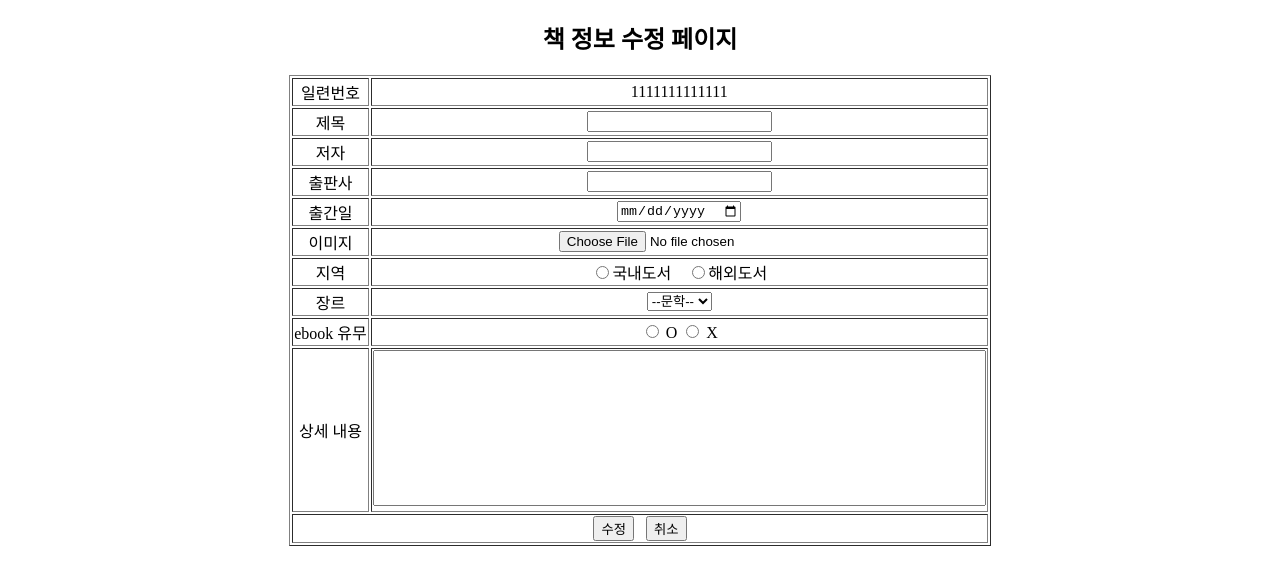
Repository: Served01/Project2_2209
Page: http://localhost/bookReviewProgram/bkUpdateform.jsp
The author's editor kept a copy of each file at every save. The page is drawn from the files as they stood at one save, then again after the next save.
The browser window is 1280 px wide. The pictures show the whole page.
The page is served by Tomcat 9. Other server files are loaded and not shown. Queries for data that is not in the repository find no rows.

Above is the page before, as saved 2022-09-25 04:17:53.

### bookReviewProgram/src/main/webapp/bkUpdateform.jsp
<%@ page language="java" contentType="text/html; charset=UTF-8"
    pageEncoding="UTF-8"%>
<!DOCTYPE html>
<html>
<head>
<meta charset="UTF-8">
<title>책 정보 수정 페이지</title>
</head>
<style>
table{
margin: auto;
}
</style>
<body>
<h2 align = "center">책 정보 수정 페이지</h2>

<form action="bkInsertPro.jsp" method="post" enctype="multipart/form-data">
<table border="1">
	<tr align = "center">
		<td>일련번호</td>
		<td>1111111111111</td>
	</tr>
	<tr align = "center">
		<td>제목</td>
		<td><input type="text" name="bk_title"/></td>
	</tr>
	<tr align = "center">
		<td>저자</td>
		<td><input type="text" name="bk_writer"/></td>
	</tr>
	<tr align = "center">
		<td>출판사</td>
		<td><input type="text" name="bk_publisher"/></td>
	</tr>
	<tr align = "center">
		<td>출간일</td>
		<td><input type="date" name="bk_pubdate"/></td>
	</tr>
	<tr align = "center">
		<td>이미지</td>
		<td>&nbsp;&nbsp;&nbsp;<input type="file" value="파일 선택" name="bk_image"/>
	</tr>
	<tr align = "center">
		<td>지역</td>
		<td>
		<input type="radio" name="bk_local" value="0"/>국내도서
		&nbsp;&nbsp;
		<input type="radio" name="bk_local" value="1"/>해외도서
		</td>
	</tr>
	<tr align="center">
		<td>장르</td>
		<td>
			<select name="bk_genre">
				<option value="0">--문학--</option>
				<option value="1">--역사--</option>
				<option value="2">--소설--</option>
				<option value="3">--만화--</option>
				<option value="4">--기타--</option>
			</select>
		</td>
	</tr>
	<tr align="center">
		<td>ebook 유무</td>
		<td>
			<input type="radio" name="bk_ebook" value="0"/> O
			<input type="radio" name="bk_ebook" value="1"/> X
		</td>
	</tr>
	<!-- 작성일 sysdate 처리 -->
	<tr align="center">
		<td>상세 내용</td>
		<td>
			<textarea rows="10" cols="74" name="bk_detail" style ="resize:none"></textarea></td>
	</tr>
	<tr align="center">
		<td colspan="2">
			<input type="submit" value="수정"/>&nbsp;&nbsp;
			<button type="button">취소</button>
	</tr>

</table>
</form>

</body>
</html>

### bookReviewProgram/src/main/java/BKRV/book/bkDAO.java
package BKRV.book;

import java.sql.Connection;
import java.sql.DriverManager;
import java.sql.PreparedStatement;
import java.sql.ResultSet;
import java.util.Vector;

public class bkDAO {

	Connection conn = null;
	PreparedStatement pstmt = null;
	ResultSet rs  = null;

	public Connection getConnection(){

	String Driver = "oracle.jdbc.OracleDriver";
	String url = "jdbc:oracle:thin:@localhost:1521:xe";
	String dbid = "bookrv";
	String dbpw = "1234";

	try {
		Class.forName(Driver);
		conn = DriverManager.getConnection(url, dbid, dbpw);
		System.out.println("데이터베이스 연동에 성공하였습니다.");
	} catch (Exception e) {
		e.printStackTrace();
		System.out.println("데이터베이스 연동에 실패하였습니다.");
	}

	return conn;

	}


	public void insertBook(bkBean bBean) {

		conn=getConnection();
	try {
		String sql = "insert into BOOK_INFO values(?, ?, ?, ?, ?, ?, ?, ?, ?, sysdate, ?)";

		pstmt = conn.prepareStatement(sql);

		pstmt.setInt(1, bBean.getBk_number());
		pstmt.setString(2, bBean.getBk_title());
		pstmt.setString(3, bBean.getBk_writer());
		pstmt.setString(4, bBean.getBk_publisher());
		pstmt.setString(5, bBean.getBk_pubdate());
		pstmt.setString(6, bBean.getBk_image());
		pstmt.setInt(7, bBean.getBk_local());
		pstmt.setInt(8, bBean.getBk_genre());
		pstmt.setInt(9, bBean.getBk_ebook());
		pstmt.setString(10, bBean.getBk_detail());

		pstmt.executeUpdate();

	}catch(Exception e){
		e.printStackTrace();
	}

	}




	public bkBean selectBook(int bk_number) {

		bkBean bBean = new bkBean();
		conn = getConnection();

		try {

			String sql = "select * from book_info where bk_number = ?";
			pstmt = conn.prepareStatement(sql);
			pstmt.setInt(1, bk_number);
			rs=pstmt.executeQuery();

			if(rs.next()) {

				bBean.setBk_number(rs.getInt(1));
				bBean.setBk_title(rs.getString(2));
				bBean.setBk_writer(rs.getString(3));
				bBean.setBk_publisher(rs.getString(4));
				bBean.setBk_pubdate(rs.getDate(5).toString());
				bBean.setBk_image(rs.getString(6));
				bBean.setBk_local(rs.getInt(7));
				bBean.setBk_genre(rs.getInt(8));
				bBean.setBk_ebook(rs.getInt(9));
				bBean.setBk_infodate(rs.getDate(10).toString());
				bBean.setBk_detail(rs.getString(11));

			}

			if(conn != null) {
				conn.commit();
				conn.close();
			}

		} catch(Exception e) {
			e.printStackTrace();
		}

		return bBean;

	}


	public Vector<bkBean> listBook() {


		return null;

	}

	public String getPassword() {


		return null;

	}


	public void updateBook(bkBean bBean) {


	}



}

### bookReviewProgram/src/main/java/BKRV/book/bkBean.java
package BKRV.book;

public class bkBean {

	private int bk_number;
	private String bk_title;
	private String bk_writer;
	private String bk_publisher;
	private String bk_pubdate;
	private String bk_image;
	private int bk_local;
	private int bk_genre;
	private int bk_ebook;
	private String bk_infodate;
	private String bk_detail;
	public int getBk_number() {
		return bk_number;
	}
	public void setBk_number(int bk_number) {
		this.bk_number = bk_number;
	}
	public String getBk_title() {
		return bk_title;
	}
	public void setBk_title(String bk_title) {
		this.bk_title = bk_title;
	}
	public String getBk_writer() {
		return bk_writer;
	}
	public void setBk_writer(String bk_writer) {
		this.bk_writer = bk_writer;
	}
	public String getBk_publisher() {
		return bk_publisher;
	}
	public void setBk_publisher(String bk_publisher) {
		this.bk_publisher = bk_publisher;
	}
	public String getBk_pubdate() {
		return bk_pubdate;
	}
	public void setBk_pubdate(String bk_pubdate) {
		this.bk_pubdate = bk_pubdate;
	}
	public String getBk_image() {
		return bk_image;
	}
	public void setBk_image(String bk_image) {
		this.bk_image = bk_image;
	}
	public int getBk_local() {
		return bk_local;
	}
	public void setBk_local(int bk_local) {
		this.bk_local = bk_local;
	}
	public int getBk_genre() {
		return bk_genre;
	}
	public void setBk_genre(int bk_genre) {
		this.bk_genre = bk_genre;
	}
	public int getBk_ebook() {
		return bk_ebook;
	}
	public void setBk_ebook(int bk_ebook) {
		this.bk_ebook = bk_ebook;
	}
	public String getBk_infodate() {
		return bk_infodate;
	}
	public void setBk_infodate(String bk_infodate) {
		this.bk_infodate = bk_infodate;
	}
	public String getBk_detail() {
		return bk_detail;
	}
	public void setBk_detail(String bk_detail) {
		this.bk_detail = bk_detail;
	}



}

After the next save:
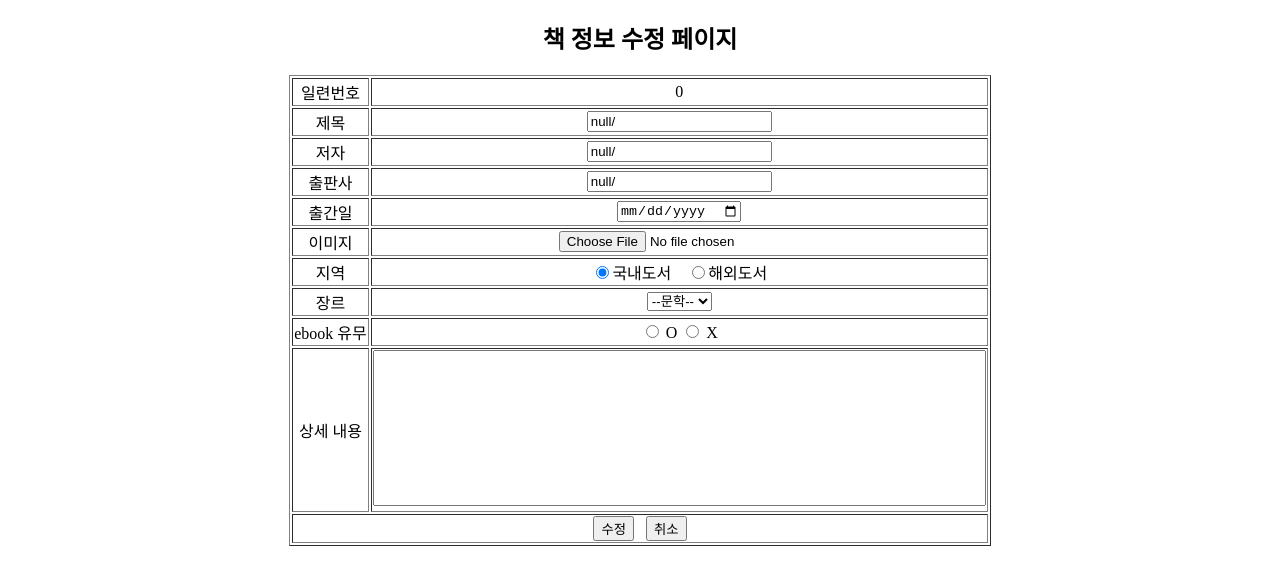
Saved 46 min 1 s later.
--- a/bookReviewProgram/src/main/webapp/bkUpdateform.jsp
+++ b/bookReviewProgram/src/main/webapp/bkUpdateform.jsp
@@ -1,5 +1,11 @@
 <%@ page language="java" contentType="text/html; charset=UTF-8"
     pageEncoding="UTF-8"%>
+<%@ page import = "java.sql.*" %>
+<%@ page import="javax.sql.*"%>
+<%@ page import="javax.naming.*"%>
+<%@ page import="BKRV.book.bkDAO"%>
+<%@ page import="BKRV.book.bkBean"%>
+<%request.setCharacterEncoding("UTF-8");%>
 <!DOCTYPE html>
 <html>
 <head>
@@ -12,40 +18,59 @@ margin: auto;
 }
 </style>
 <body>
+<%
+	int bk_number = 20220004; //Integer.parseInt(request.getParameter("bk_number"));
+
+	bkDAO bdao = new bkDAO();
+	bkBean bBean = bdao.selectBook(bk_number);
+
+%>
 <h2 align = "center">책 정보 수정 페이지</h2>
 
 <form action="bkInsertPro.jsp" method="post" enctype="multipart/form-data">
 <table border="1">
 	<tr align = "center">
 		<td>일련번호</td>
-		<td>1111111111111</td>
+		<td><%=bBean.getBk_number() %></td>
 	</tr>
 	<tr align = "center">
 		<td>제목</td>
-		<td><input type="text" name="bk_title"/></td>
+		<td><input type="text" name="bk_title" value=<%=bBean.getBk_title() %>/></td>
 	</tr>
 	<tr align = "center">
 		<td>저자</td>
-		<td><input type="text" name="bk_writer"/></td>
+		<td><input type="text" name="bk_writer" value=<%=bBean.getBk_writer() %>/></td>
 	</tr>
 	<tr align = "center">
 		<td>출판사</td>
-		<td><input type="text" name="bk_publisher"/></td>
+		<td><input type="text" name="bk_publisher" value=<%=bBean.getBk_publisher() %>/></td>
 	</tr>
 	<tr align = "center">
 		<td>출간일</td>
-		<td><input type="date" name="bk_pubdate"/></td>
+		<td><input type="date" name="bk_pubdate" value=<%=bBean.getBk_pubdate() %>/></td>
 	</tr>
 	<tr align = "center">
 		<td>이미지</td>
-		<td>&nbsp;&nbsp;&nbsp;<input type="file" value="파일 선택" name="bk_image"/>
+		<td>&nbsp;&nbsp;&nbsp;<input type="file" value=<%=bBean.getBk_image() %> name="bk_image"/>
 	</tr>
 	<tr align = "center">
 		<td>지역</td>
 		<td>
-		<input type="radio" name="bk_local" value="0"/>국내도서
+		<%
+
+		if(bBean.getBk_local()==0){ %>
+		<input type="radio" name="bk_local" value="0" checked="checked"/>국내도서
 		&nbsp;&nbsp;
 		<input type="radio" name="bk_local" value="1"/>해외도서
+		<%}
+
+		else if(bBean.getBk_local()==1){ %>
+		<input type="radio" name="bk_local" value="0" />국내도서
+		&nbsp;&nbsp;
+		<input type="radio" name="bk_local" value="1" checked="checked"/>해외도서
+		<%};
+
+		%>
 		</td>
 	</tr>
 	<tr align="center">
